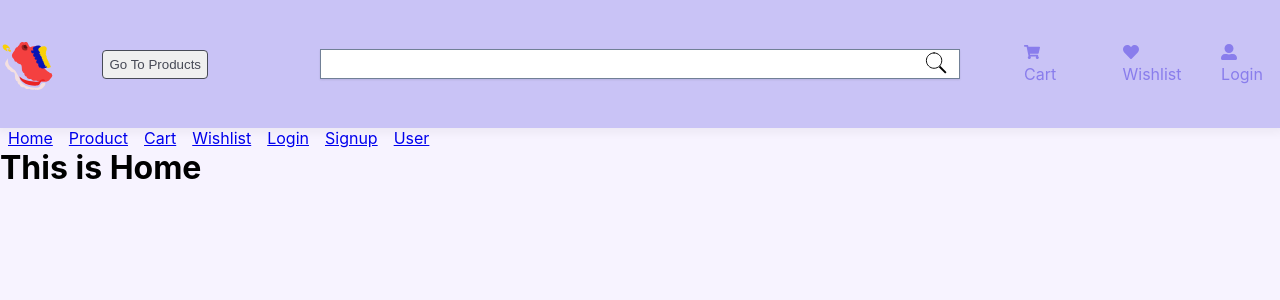
Repository: Irfan-vit/shoecase
Page: /
An editor plug-in stored every save of this project. The page is shown before and after the next save, followed by the edit.
The browser window is 1280 px wide. The pictures show the whole page.
The page's requests for data from a server got no answer. The project was rebuilt for these pictures with package versions that can differ from the ones it lists, and the page was loaded fresh each time. No one was signed in, and anything a server would have sent is missing. Also part of the build but not shown: src/pages/Product/ProductPage.jsx, src/pages/cart/CartPage.jsx, src/pages/wishlist/WishlistPage.jsx, src/pages/login/LoginPage.jsx, src/pages/signup/SignupPage.jsx, src/pages/user/StyledUser.jsx, src/components/forms/addAddress/AddAddress.jsx, src/components/forms/editAddress/EditAddress.jsx and 4 more.

Above is the page before, as saved 2023-05-22 04:30:41.

After the next save:
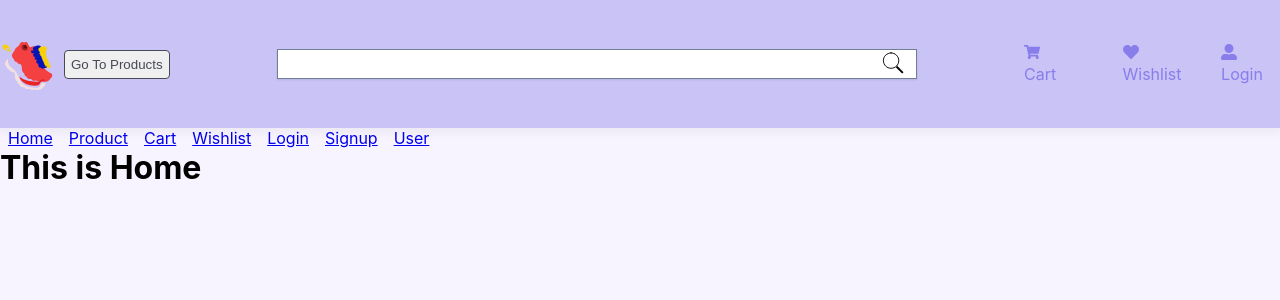
Saved 11 s later.
--- a/src/styles/NavBarStyles.jsx
+++ b/src/styles/NavBarStyles.jsx
@@ -22,7 +22,7 @@ const StyledNav = styled.nav`
     > :nth-child(1) {
       display: flex;
       align-items: center;
-      flex-basis: 20%;
+      flex-basis: 10%;
       /* gap: 2%; */
       > * {
         flex-basis: 40%;
